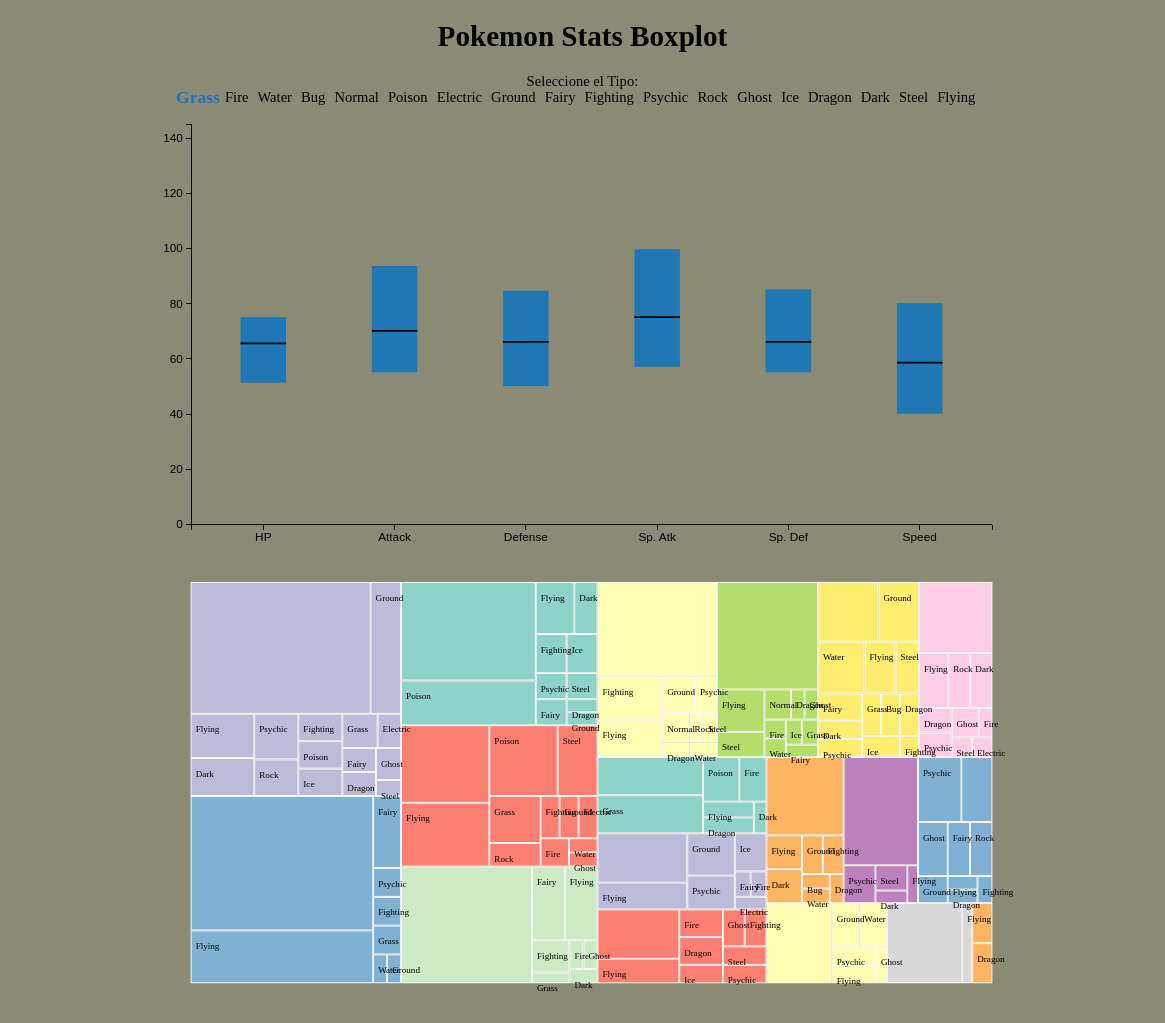
Repository: Cartterr/Proyecto-VisInfo
Page: Propuesta1_Tipos_Cajas.html
The author's editor kept a copy of each file at every save. The page is drawn from the files as they stood at one save, then again after the next save.
The browser window is 1280 px wide. The pictures show the whole page, at 91% of full size.

Above is the page before, as saved 2023-06-28 03:20:32.

After the next save:
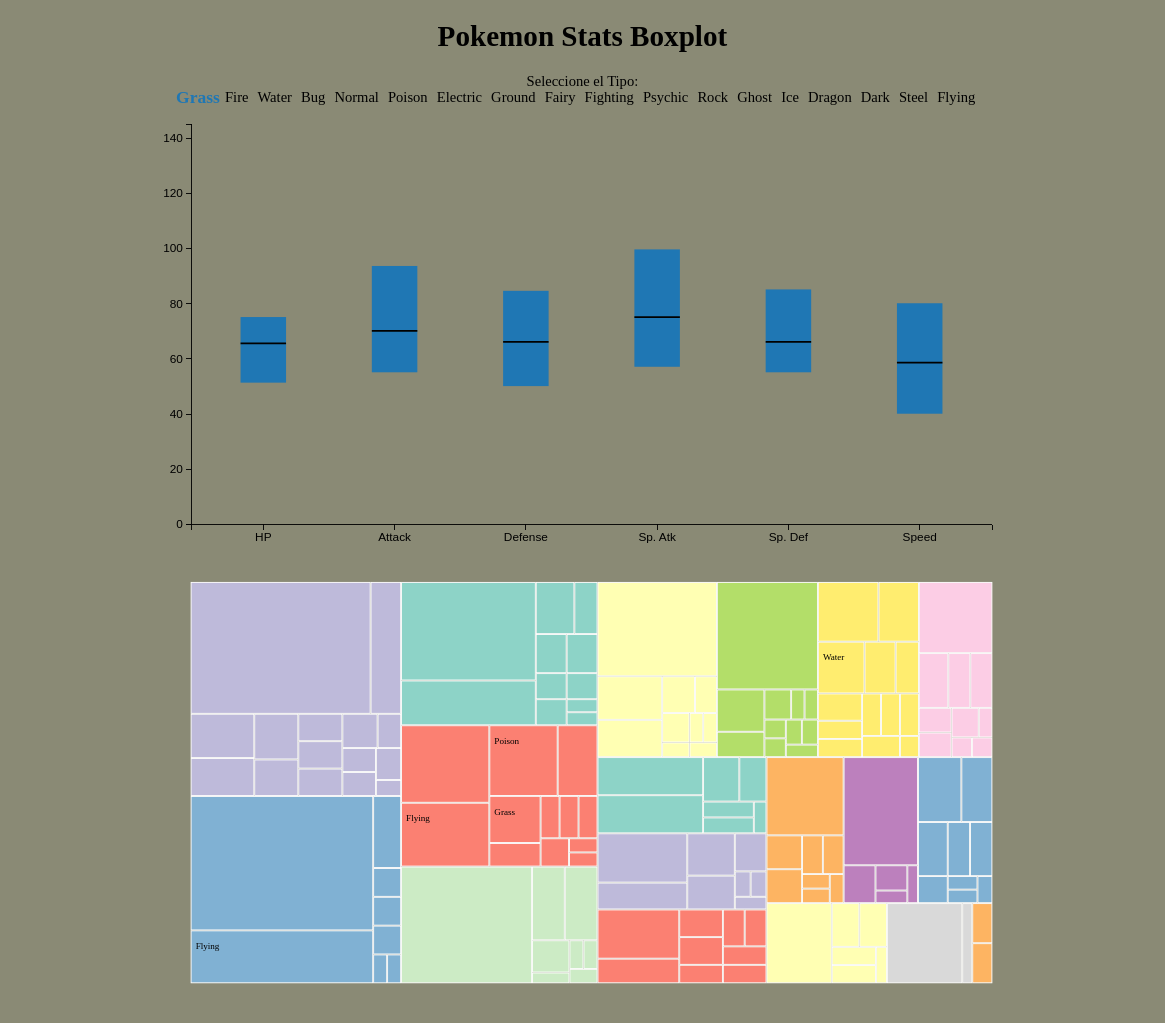
Saved 16 s later.
--- a/Propuesta1_Tipos_Cajas.js
+++ b/Propuesta1_Tipos_Cajas.js
@@ -158,15 +158,16 @@
             updateBoxPlot(selectedType);
         });
 
-    svgTreemap.selectAll("text")
+    svgTreemap.selectAll("text.type2")
         .data(root.leaves())
         .enter()
         .append("text")
+        .attr("class", "type2")
         .attr("x", d => d.x0 + 5)
         .attr("y", d => d.y0 + 20)
         .text(d => {
             // This will avoid placing text on too small rectangles
-            if ((d.x1 - d.x0) > 0 && (d.y1 - d.y0) > 0) {
+            if ((d.x1 - d.x0) > 50 && (d.y1 - d.y0) > 50) {
                 return d.data.name; // show Type 2
             }
         });
